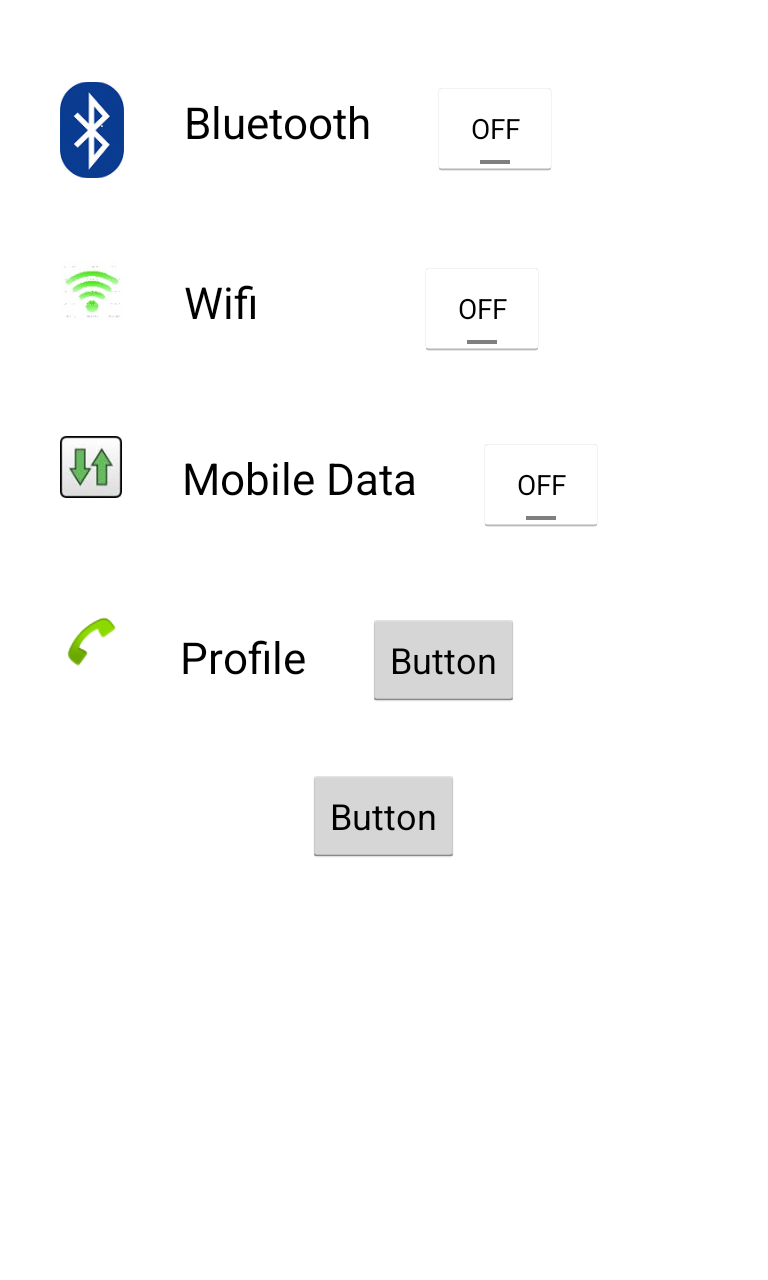
Repository: born2behappy18/meetingMiliue
Layout: MeetingMileu/res/layout/toggle.xml
An editor plug-in stored every save of this project. The layout is shown before and after the next save, followed by the edit.
It is drawn on a 768 x 1280 px phone screen (xhdpi) without system bars, with theme AppTheme; the app's code is not run.

Above is the layout before, as saved 2015-10-13 10:56:41.

After the next save:
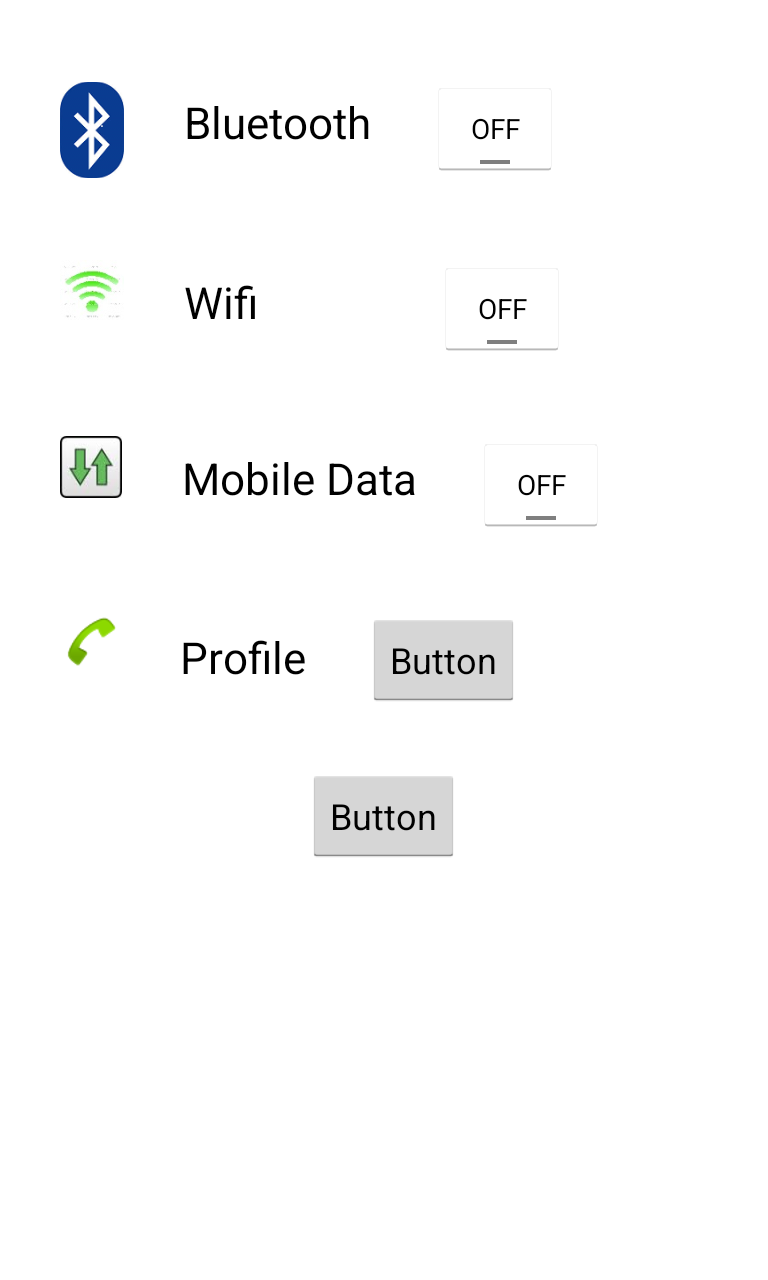
Saved 6 s later.
--- a/MeetingMileu/res/layout/toggle.xml
+++ b/MeetingMileu/res/layout/toggle.xml
@@ -58,7 +58,7 @@
         android:layout_width="wrap_content"
         android:layout_height="wrap_content"
         android:text="ToggleButton"
-        android:layout_marginLeft="80dp" />
+        android:layout_marginLeft="90dp" />
 </LinearLayout>
 <LinearLayout
     android:layout_width="match_parent"
